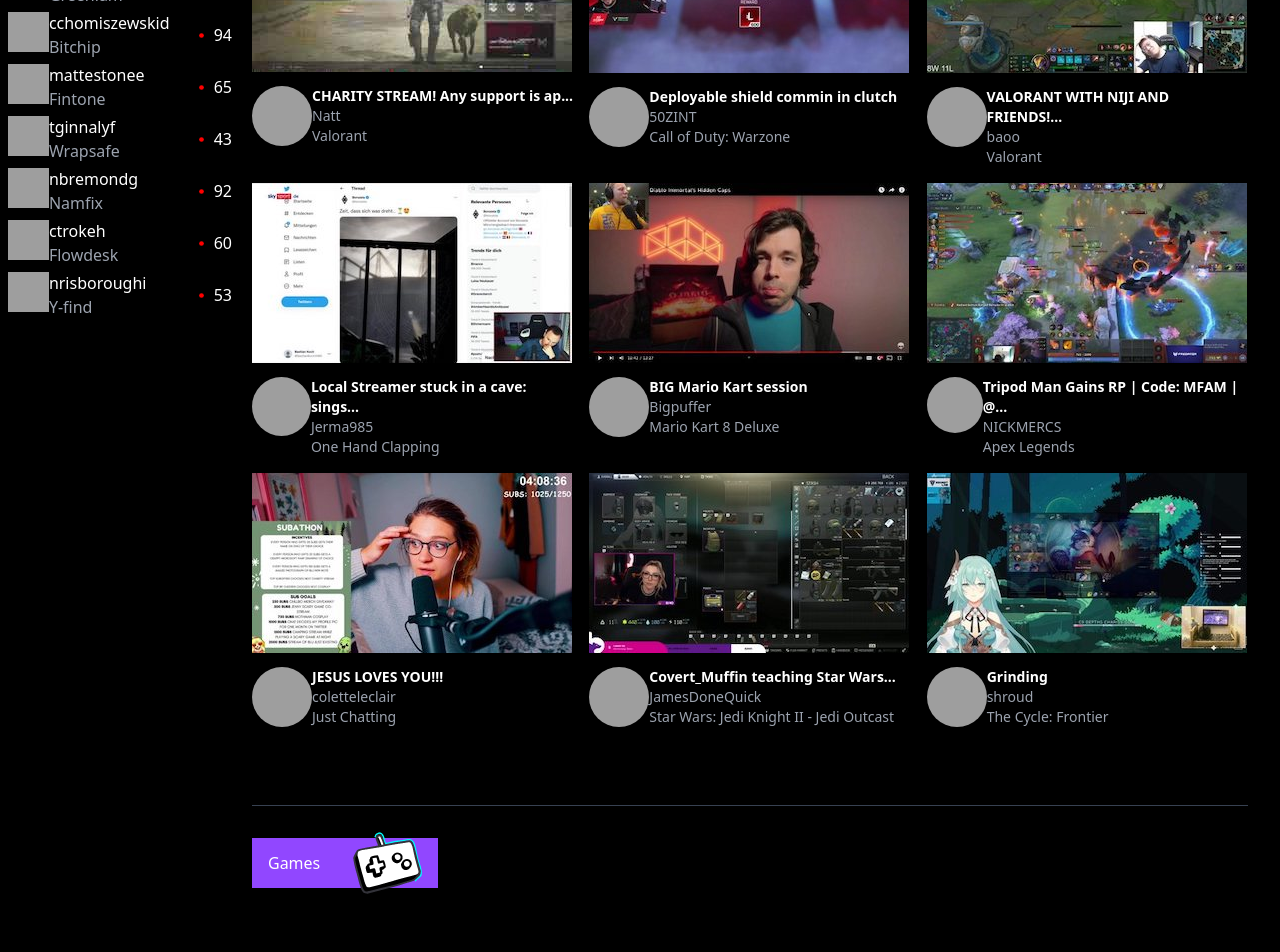
Repository: remydev47/twitch-clone
Page: /
These files come from the project's save history. The page is drawn as it stood at one moment and after the next save; the edit follows.
The browser window is 1280 px wide. The pictures show the part of the page from y = 859 to 1811 px (the page is 1811 px tall).
Pictures or frames that could not be fetched are drawn as grey boxes. The page's requests for data from a server got no answer. The project was rebuilt for these pictures with package versions that can differ from the ones it lists, and the page was loaded fresh each time. The framework's server and built-in components were replaced by stand-ins that run in the browser. No one was signed in, and anything a server would have sent is missing. Also part of the build but not shown: next.config.js.

Above is the page before, as saved 2022-07-28 21:26:35.

After the next save:
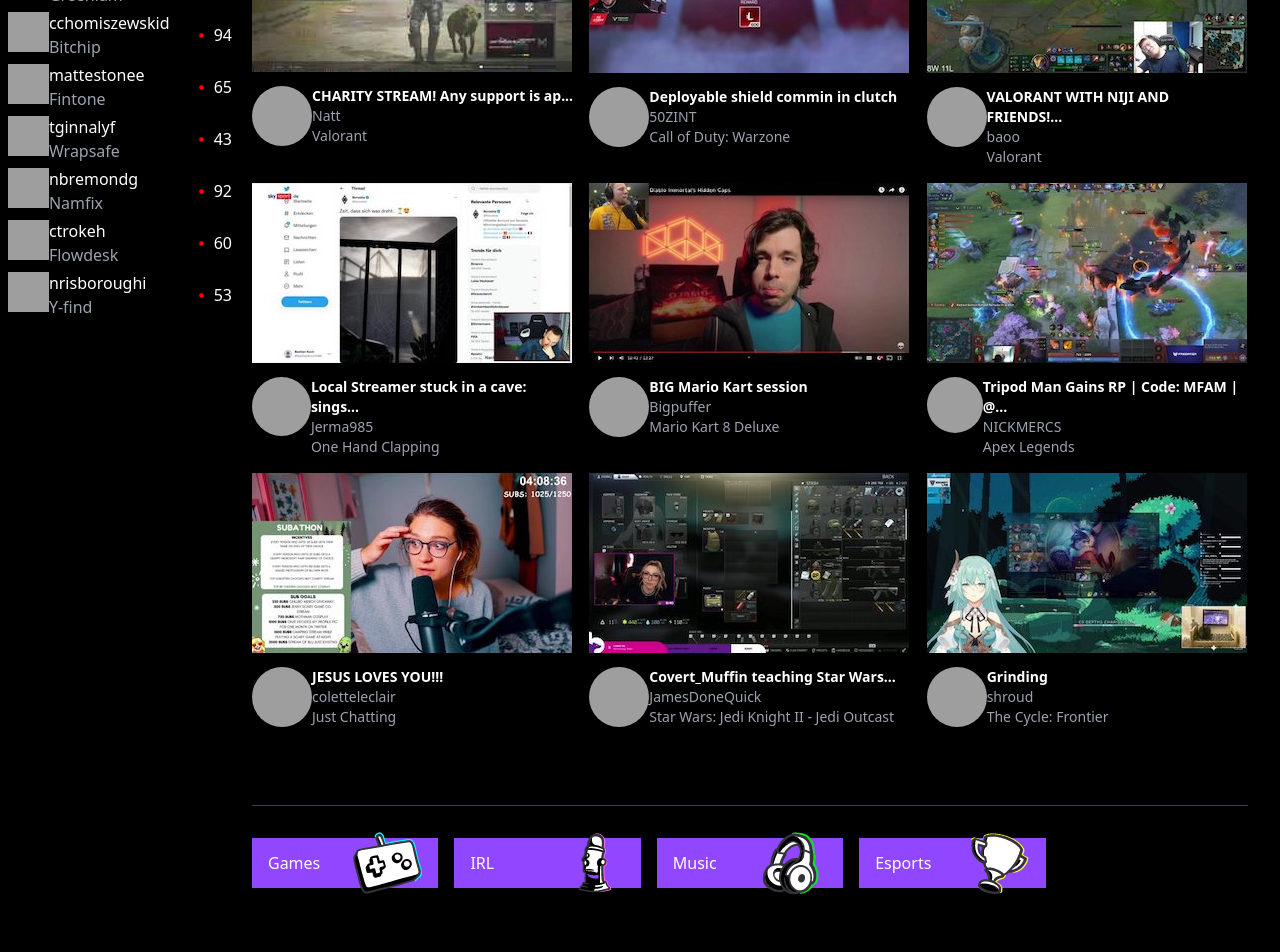
Saved 2 min 38 s later.
--- a/components/BarIcon.js
+++ b/components/BarIcon.js
@@ -16,6 +16,24 @@
                   src={remote}
                 />
             </div>
+            <div className='w-full h-[50px] bg-[#9147ff] flex justify-between items-center px-4 relative'>
+                <p>IRL</p>
+                <Image
+                  src={mic}
+                />
+            </div>
+            <div className='w-full h-[50px] bg-[#9147ff] flex justify-between items-center px-4 relative'>
+                <p>Music</p>
+                <Image
+                  src={headphones}
+                />
+            </div>
+            <div className='w-full h-[50px] bg-[#9147ff] flex justify-between items-center px-4 relative'>
+                <p>Esports</p>
+                <Image
+                  src={trophy}
+                />
+            </div>
         </div>
     </div>
   )
